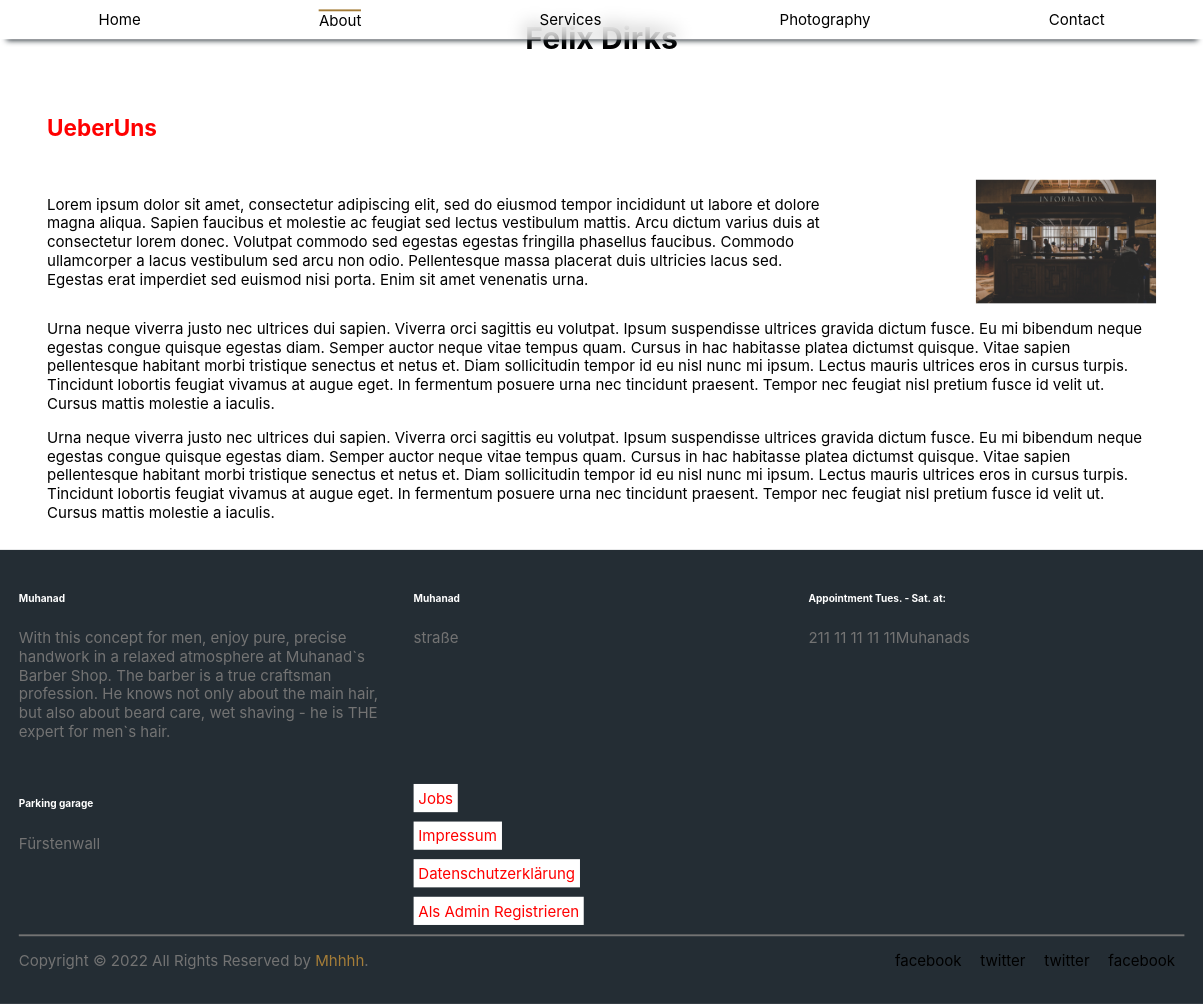
Repository: muhanad-musawi/backend-projekt-frondend
Page: /About (app in pohtographer/)
An editor plug-in stored every save of this project. The page is shown before and after the next save, followed by the edit.
The browser window is 1280 px wide. The pictures show the whole page, at 94% of full size.
The project was rebuilt for these pictures with package versions that can differ from the ones it lists, and the page was loaded fresh each time. The framework's server and built-in components were replaced by stand-ins that run in the browser. Also part of the build but not shown: pohtographer/next.config.js.

Above is the page before, as saved 2022-03-27 16:26:04.

After the next save:
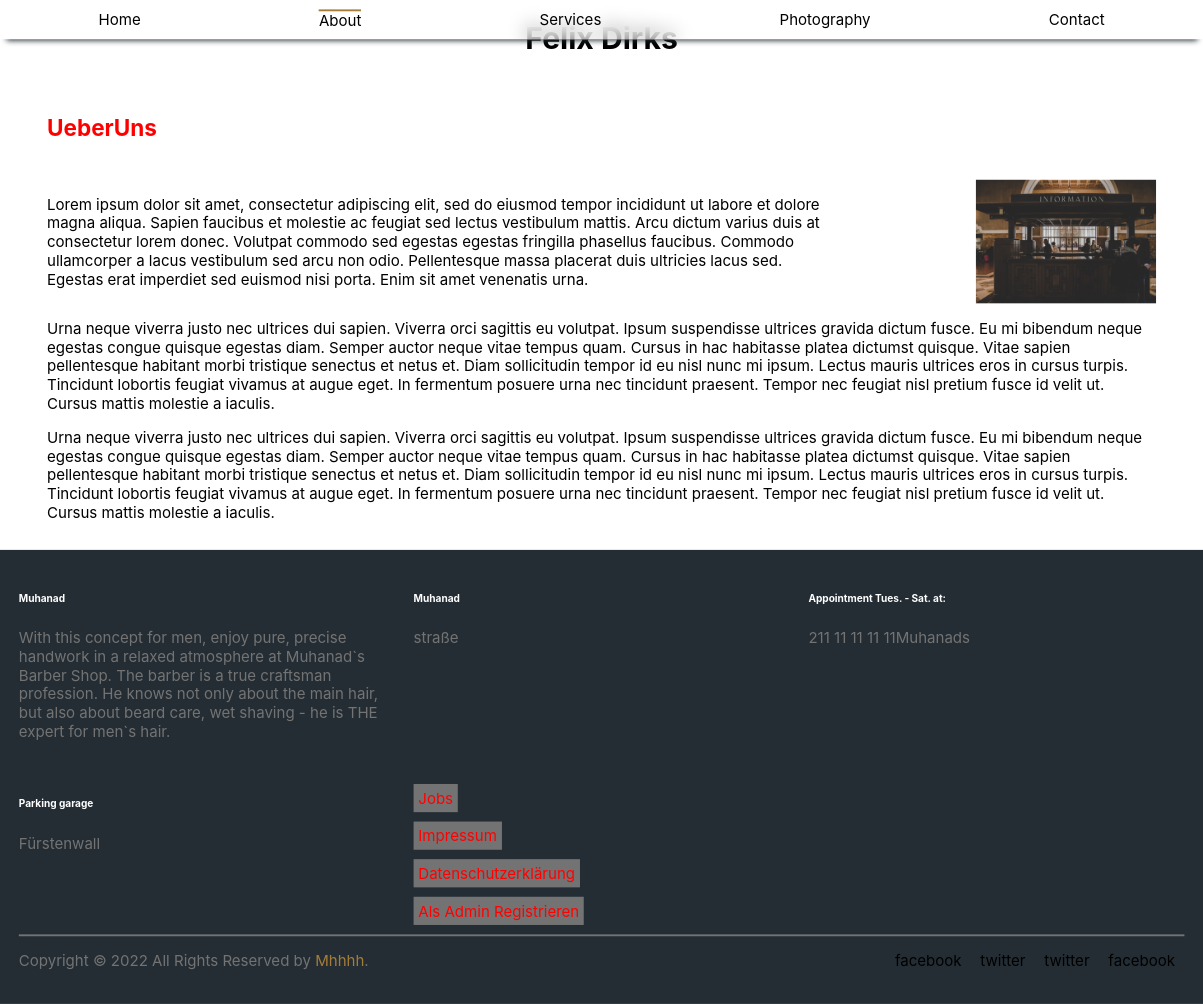
Saved 7 min 22 s later.
--- a/pohtographer/styles/Footer.module.css
+++ b/pohtographer/styles/Footer.module.css
@@ -48,7 +48,7 @@
   margin: 10px 0;
   padding: 5px 5px;
   color: red;
-  background-color: #ffffff;
+  background-color: #737373;
   width: max-content;
 }
 
